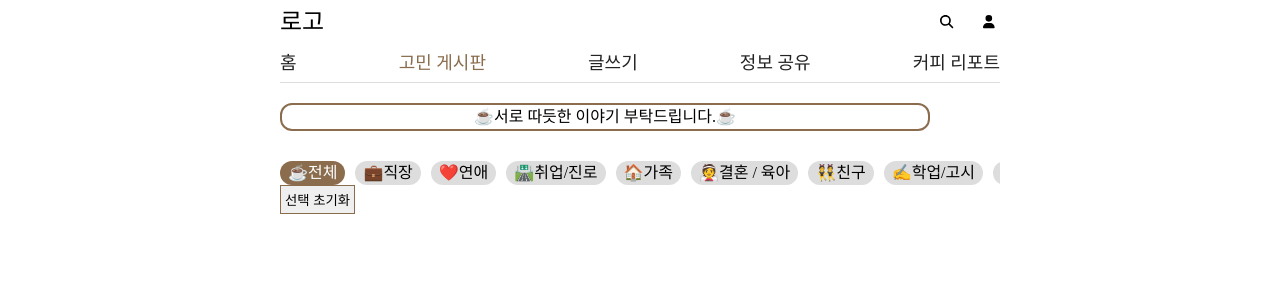
Repository: zlazlazla35/coffee
Page: /list
The author's editor kept a copy of each file at every save. The page is drawn from the files as they stood at one save, then again after the next save.
The browser window is 1280 px wide. The pictures show the whole page.
Some web fonts or font styles are not loaded; a fallback is used. The project was rebuilt for these pictures with package versions that can differ from the ones it lists, and the page was loaded fresh each time. The framework's server and built-in components were replaced by stand-ins that run in the browser. Also part of the build but not shown: next.config.mjs.

Above is the page before, as saved 2024-12-26 18:19:44.

### src/app/layout.js
import { Geist, Geist_Mono } from "next/font/google";
import "./globals.css";
import Link from "next/link";
import { FontAwesomeIcon } from '@fortawesome/react-fontawesome'
import { faMagnifyingGlass, faUser } from '@fortawesome/free-solid-svg-icons'
import NavMenu from "./component/NavMenu";

const geistSans = Geist({
  variable: "--font-geist-sans",
  subsets: ["latin"],
});

const geistMono = Geist_Mono({
  variable: "--font-geist-mono",
  subsets: ["latin"],
});

export const metadata = {
  title: "Create Next App",
  description: "Generated by create next app",
};

export default function RootLayout({ children }) {
  return (
    <html lang="en">
      <body className={`${geistSans.variable} ${geistMono.variable}`}>
        <div className="nav_bar">
          <div className="nav_bar_top">
            <Link className="logo" href={'/'}>로고</Link>
            <div className="userBox">
              <button>
                <FontAwesomeIcon icon={faMagnifyingGlass} />
              </button>
              <button>
                <FontAwesomeIcon icon={faUser} />
              </button>
            </div>
          </div>
          <div className="nav_bar_bottom">
          <NavMenu></NavMenu>
          </div>
        </div>
        {children}
      </body>
    </html>
  );
}

### src/app/list/page.js
'use client'
import { useState } from "react"

export default function List() {
    let [tagList, setTagList] = useState(['☕전체','💼직장', '❤️연애', '🛣️취업/진로', '🏠가족', '👰결혼 / 육아', '👯친구', '✍️학업/고시', '🚫중독', '💰사업 / 금전', '💉질병 / 질환']);
    let [tagActive, setTagActive] = useState([true, false, false, false, false, false, false, false, false, false, false])







    return (
        <div className="liset_page">
            <div className="top_border">
                ☕서로 따듯한 이야기 부탁드립니다.☕
            </div>
            <div className="tag">
                <ul className="tag_list">
                    {
                        tagList.map((item, i)=>{

                            return(
                                <li className={tagActive[i] == true ? 'on' : null} key={i} onClick={(e)=>{
                                    let copy = [...tagActive];

                                    if(copy[i] == false){
                                        copy[i] = true;
                                        setTagActive(copy);
                                    }else{
                                        copy[i] = false;
                                        setTagActive(copy);
                                    }

                                    if(e.target.innerHTML !== '☕전체'){
                                        copy[0] = false;
                                        setTagActive(copy);
                                    }else{
                                        let copy2 = [true, false, false, false, false, false, false, false, false, false, false];
                                        setTagActive(copy2);
                                    }
                                }} >{item}</li>
                            )
                        })
                    }
                </ul>
            </div>
            <button className="tag_reset">선택 초기화</button>
        </div>
    )
}

//

### src/app/globals.css
@font-face {
    font-family: 'Ownglyph_StudyHard-Rg';
    src: url('https://fastly.jsdelivr.net/gh/projectnoonnu/2411-3@1.0/Ownglyph_StudyHard-Rg.woff2') format('woff2');
    font-weight: normal;
    font-style: normal;
}
/* /styles/reset.css */
body {font-family: 'Ownglyph_StudyHard-Rg' !important;}
html, body, div, span, applet, object, iframe,
h1, h2, h3, h4, h5, h6, p, blockquote, pre,
a, abbr, acronym, address, big, cite, code,
del, dfn, em, img, ins, kbd, q, s, samp,
small, strike, strong, sub, sup, tt, var,
b, u, i, center,
dl, dt, dd, ol, ul, li,
fieldset, form, label, legend,
table, caption, tbody, tfoot, thead, tr, th, td,
article, aside, canvas, details, embed,
figure, figcaption, footer, header, hgroup,
menu, nav, output, ruby, section, summary,
time, mark, audio, video {
	margin: 0;
	padding: 0;
	border: 0;
	font-size: 100%;
	font: inherit;
	vertical-align: baseline;
}
/* HTML5 display-role reset for older browsers */
article, aside, details, figcaption, figure,
footer, header, hgroup, menu, nav, section {
	display: block;
}
body {
	line-height: 1;
}
ol, ul {
	list-style: none;
}
blockquote, q {
	quotes: none;
}
blockquote:before, blockquote:after,
q:before, q:after {
	content: '';
	content: none;
}
table {
	border-collapse: collapse;
	border-spacing: 0;
}
input:focus {outline: none;}
a {text-decoration: none; color: inherit;}


.nav_bar {width: 100%; max-width: 720px; margin: 0 auto;}
.nav_bar .nav_bar_top {width: 100%; display: flex; align-items: center; justify-content: space-between; box-sizing: border-box; padding: 10px 0; }
.nav_bar .nav_bar_top .logo {font-size: 24px; }
.nav_bar .nav_bar_top .userBox {display: flex; align-items: center;}
.nav_bar .nav_bar_top .userBox button {width: 22px; display: block; background: none; border: none; padding: 0;}
.nav_bar .nav_bar_top .userBox button {margin-right: 20px;}
.nav_bar .nav_bar_top .userBox button:last-child {margin-right: 0;}
.nav_bar .nav_bar_bottom {width: 100%; }
.nav_bar .nav_bar_bottom .nav_list {display: flex; align-items: center; justify-content: space-between; box-sizing: border-box; padding: 10px 0; border-bottom: 1px solid #ddd;}
.nav_bar .nav_bar_bottom .nav_list li { font-size: 18px; color: #232323; }
.nav_bar .nav_bar_bottom .nav_list li a.active {color: #8b6d4e; }


.liset_page {width: 100%; max-width: 720px; margin: 0 auto;}
.liset_page .top_border {width: 100%; max-width: 650px; border: 2px solid #8b6d4e; border-radius: 12px; display: flex; align-items: center; justify-content: center; font-size: 16px; box-sizing: border-box; padding: 4px; margin: 20px 0 30px;}
.liset_page .tag {width: 100%;}
.liset_page .tag .tag_list {width: 100%; display: flex; align-items: center; white-space: nowrap; overflow-x: scroll;}
.liset_page .tag .tag_list::-webkit-scrollbar {height: 8px;}
.liset_page .tag .tag_list::-webkit-scrollbar-thumb {background: #a89f96; border-radius: 10px; }
.liset_page .tag .tag_list::-webkit-scrollbar-track {background: rgba(123, 87, 8, 0.1); }
.liset_page .tag .tag_list li {background: #ddd; font-size: 16px; box-sizing: border-box; padding: 4px 8px; border-radius: 12px; margin-right: 10px; cursor: pointer;}
.liset_page .tag .tag_list li:last-child {margin-right: 0;}
.liset_page .tag .tag_list li.on {background: #8b6d4e; color: #fff;}
.liset_page .tag_reset{display: inline-block; box-sizing: border-box; padding: 4px; border: 1px solid #8b6d4e;}

### src/app/component/NavMenu.js
'use client'

import Link from "next/link";
import { usePathname } from "next/navigation";

export default function NavMenu() {
    const pathname = usePathname();

    return (
        <ul className="nav_list">
            <li>
                <Link href={'/'}>홈</Link>
            </li>
            <li>
                <Link className={pathname == '/list'? 'active' : null} href={'/list'}>고민 게시판</Link>
            </li>
            <li>
                <Link className={pathname == '/writing'? 'active' : null} href={'/writing'}>글쓰기</Link>
            </li>
            <li>
                <Link className={pathname == '/share'? 'active' : null} href={'/share'}>정보 공유</Link>
            </li>
            <li>
                <Link className={pathname == '/report'? 'active' : null} href={'/report'}>커피 리포트</Link>
            </li>
        </ul>
    )
}

After the next save:
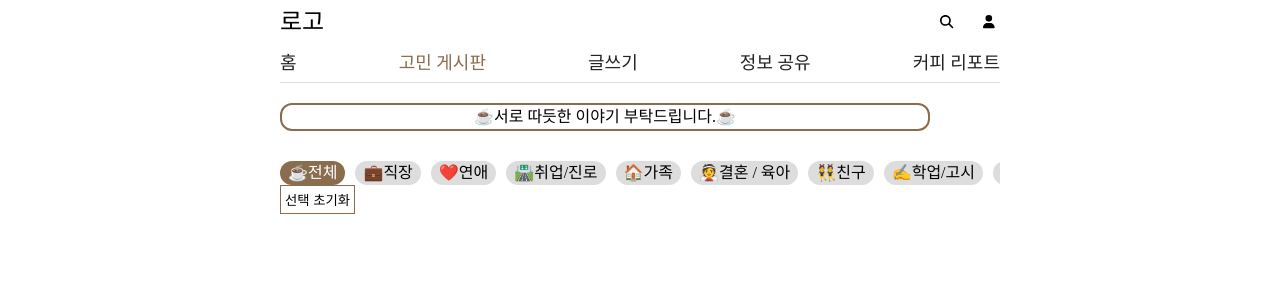
Saved 6 s later.
--- a/src/app/globals.css
+++ b/src/app/globals.css
@@ -76,4 +76,4 @@ a {text-decoration: none; color: inherit;}
 .liset_page .tag .tag_list li {background: #ddd; font-size: 16px; box-sizing: border-box; padding: 4px 8px; border-radius: 12px; margin-right: 10px; cursor: pointer;}
 .liset_page .tag .tag_list li:last-child {margin-right: 0;}
 .liset_page .tag .tag_list li.on {background: #8b6d4e; color: #fff;}
-.liset_page .tag_reset{display: inline-block; box-sizing: border-box; padding: 4px; border: 1px solid #8b6d4e;}
+.liset_page .tag_reset{display: inline-block; box-sizing: border-box; padding: 4px; border: 1px solid #8b6d4e; background: none;}
